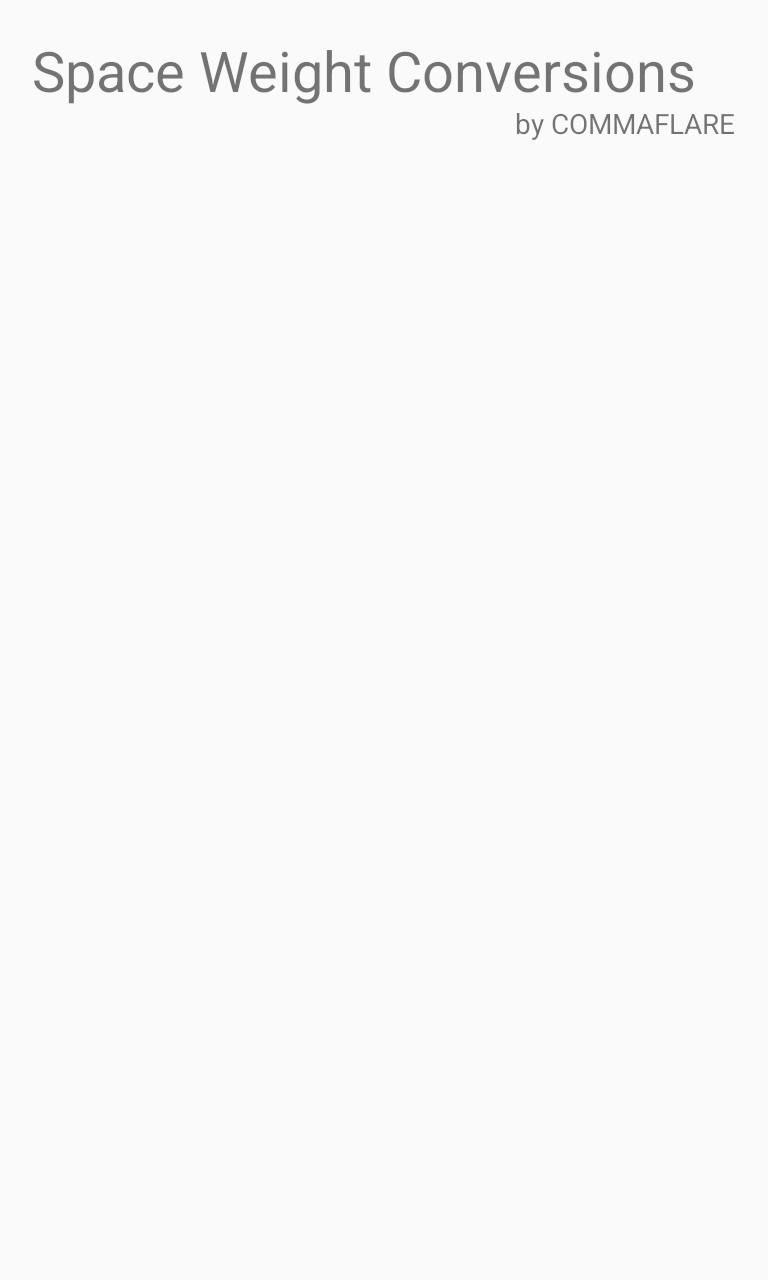
Repository: xxbeastli343xx/Diabolical-Turtle
Layout: App/WeightConversions/res/layout/activity_conversion.xml
These files come from the project's save history. The layout is drawn as it stood at one moment and after the next save; the edit follows.
It is drawn on a 768 x 1280 px phone screen (xhdpi) without system bars, with theme AppTheme; the app's code is not run.

Above is the layout before, as saved 2014-09-30 04:04:10.

After the next save:
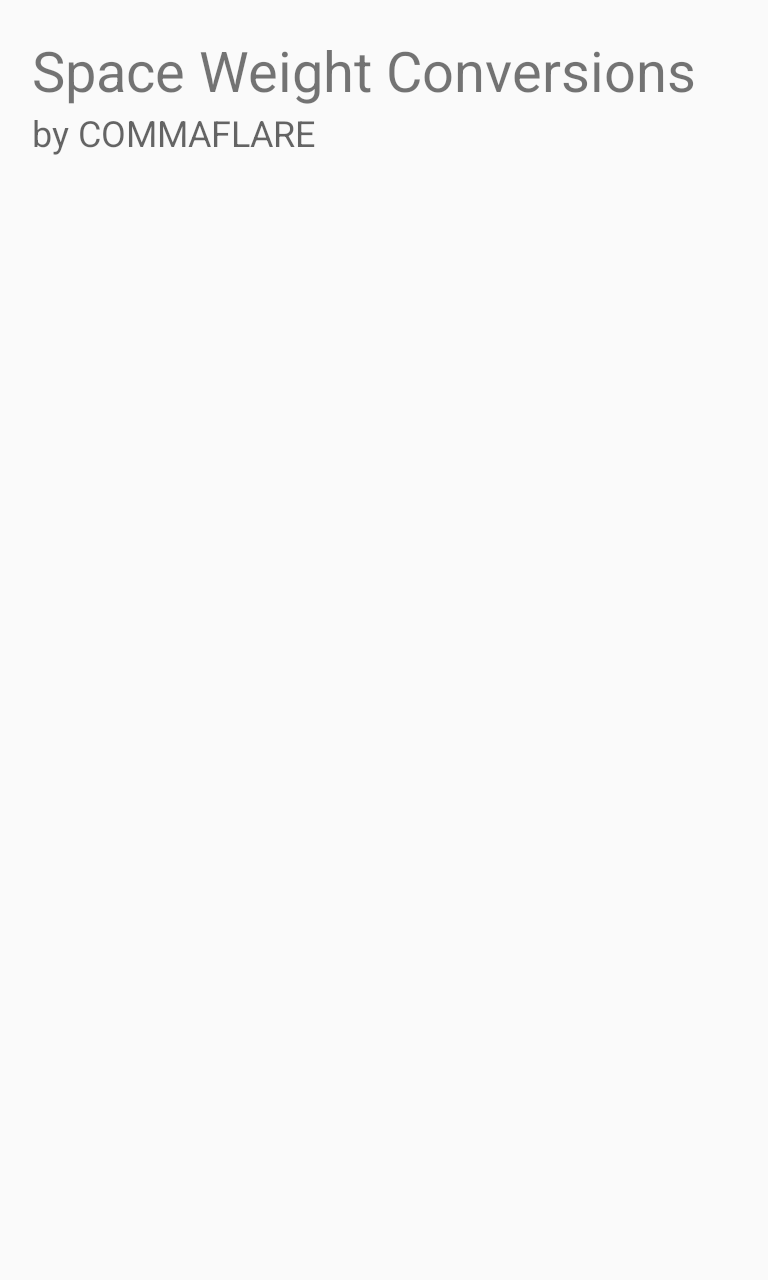
Saved 4 min 14 s later.
--- a/App/WeightConversions/res/layout/activity_conversion.xml
+++ b/App/WeightConversions/res/layout/activity_conversion.xml
@@ -3,34 +3,25 @@
     android:layout_width="match_parent"
     android:layout_height="match_parent"
     android:paddingBottom="@dimen/activity_vertical_margin"
-    android:paddingLeft="@dimen/activity_horizontal_margin"
+    android:paddingLeft="@dimen/activity_vertical_margin"
     android:paddingRight="@dimen/activity_horizontal_margin"
     android:paddingTop="@dimen/activity_vertical_margin"
     tools:context="com.weight.conversions.Conversion" >
 
-    <LinearLayout
-        android:id="@+id/linearLayout1"
+    <TextView
+        android:id="@+id/nameText"
         android:layout_width="match_parent"
-        android:layout_height="match_parent"
-        android:layout_alignParentTop="true"
-        android:layout_centerHorizontal="true"
-        android:orientation="vertical" >
-
-        <TextView
-            android:id="@+id/textView1"
-            android:layout_width="match_parent"
-            android:layout_height="wrap_content"
-            android:text="@string/titleText"
-            android:textSize="28sp" />
-    </LinearLayout>
+        android:layout_height="wrap_content"
+        android:text="@string/titleText"
+        android:textSize="28sp" />
 
     <TextView
         android:id="@+id/textView2"
         android:layout_width="wrap_content"
         android:layout_height="wrap_content"
-        android:layout_alignParentRight="true"
-        android:layout_alignTop="@+id/linearLayout1"
-        android:layout_marginTop="36dp"
-        android:text="@string/creatorName" />
+        android:layout_alignLeft="@+id/nameText"
+        android:layout_below="@+id/nameText"
+        android:text="@string/creatorName"
+        android:textAppearance="?android:attr/textAppearanceMedium" />
 
 </RelativeLayout>
